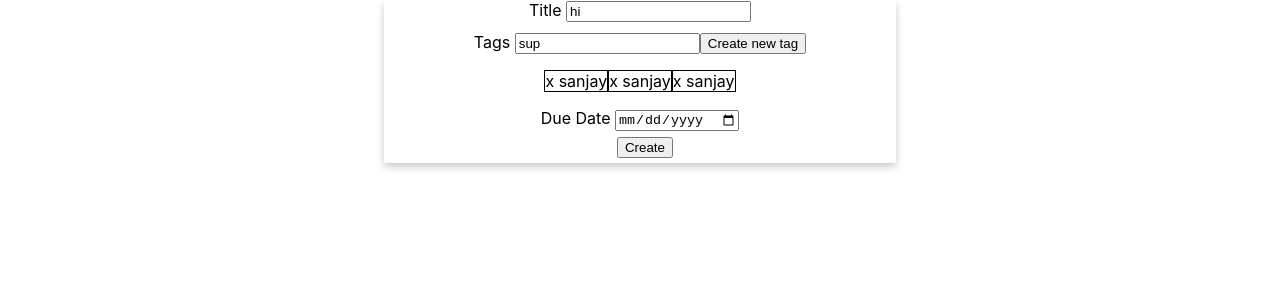
Repository: sanjayMamidipaka/reactappbits
Page: /
An editor plug-in stored every save of this project. The page is shown before and after a run of saves, followed by the edit.
The browser window is 1280 px wide. The pictures show the whole page.
The project was rebuilt for these pictures with package versions that can differ from the ones it lists, and the page was loaded fresh each time.

Above is the page before, as saved 2022-01-18 12:06:55.

### src/App.tsx
import logo from './logo.svg';
import './App.css';
import TodoList from './components/TodoList';

function App() {
  return (
    <div className="App">
      <TodoList/>
    </div>
  );
}

export default App;

### src/components/TodoList.tsx
import React, { EventHandler } from 'react'
import './TodoList.css'
import { useState } from 'react'
import Tag from './Tag'
/**
 * Thank you for applying to Bits of Good. You are free to add/delete/modify any
 * parts of this project. That includes changing the types.ts, creating css files,
 * modifying import statements, using contexts, etc. We do recommend to keep it simple.
 * You will not be judged based on complexity. We also recommend using
 * multiple components instead of coding everything on this file :)
 *
 * Have fun! Please reach out to hello@bitsofgood.org or wkim330@gatech.edu if you
 * have any questions!
 *
 * Bits of Good Engineering Team
 *
 */
// TODO: Start coding from here

// Here's a baseline todo item type.
// Feel free to extend or create your own interface!
export type TodoItem = {
  title: string,
  dueDate: Date,
  tagList: string[],
  completed: boolean,
}

export default function TodoList() {
  const [name, setName] = useState('hi');
  const [email, setEmail] = useState('sup');

  const whenSubmitted = (e: any) => {
      e.preventDefault();
      // setDataNew((dataNew) => {
      //   return [...dataNew, { id: index, name, email }];
      // });
      // setNewIndex(index + 1);
      setName("");
      setEmail("");
    };

  const example: TodoItem = {
    title: 'Example todo',
    dueDate: new Date(),
    tagList: ['example', 'todo'],
    completed: false,
  }
  return (
  <div className="card">
    <label htmlFor="nameLabel">Title </label>
        <input
          type="text"
          value={name}
          onChange={(e) => setName(e.target.value)}
        />
        <div style={{padding: '5px'}}></div>

        <label htmlFor="nameLabel">Tags </label>
        <input
          type="text"
          value={email}
          onChange={(e) => setEmail(e.target.value)}
        />
        <button type="submit" onClick={whenSubmitted}>
          Create new tag
        </button>

        <div>
          <Tag name='sanjay'></Tag>
          <Tag name='sanjay'></Tag>
          <Tag name='sanjay'></Tag>
        </div>

        <label htmlFor="nameLabel">Due Date </label>
        <input
          type="date"
          value={email}
          onChange={(e) => setEmail(e.target.value)}
        />

        <div style={{padding: '5px', width: '100%'}} className = 'submitButton'>
          <button type='submit'>Create</button>
        </div>

</div>
  )
}

### src/components/TodoList.css
.card {
  /* Add shadows to create the "card" effect */
  box-shadow: 0 4px 8px 0 rgba(0,0,0,0.2);
  transition: 0.3s;
  width: 40%;
  margin: 0 auto;
}

/* On mouse-over, add a deeper shadow */
.card:hover {
  box-shadow: 0 8px 16px 0 rgba(0,0,0,0.2);
}

/* Add some padding inside the card container */
.container {
  padding: 2px 16px;
}

### src/components/Tag.tsx
import React from 'react'
import './Tag.css'

function Tag({name}: {name: string}) {
    return (
        <p className='Tag'>
            x {name}
        </p>
    )
}

export default Tag

### src/components/Tag.css
.Tag {
    border: 'blue';
    border-style: solid;
    border-width: 1px;
    display: inline-block;
}

Loaded but not shown: public/index.html (common file); src/index.tsx (common file); src/index.css (common file); src/reportWebVitals.js (common file); src/App.css (common file)

After the next 4 saves:
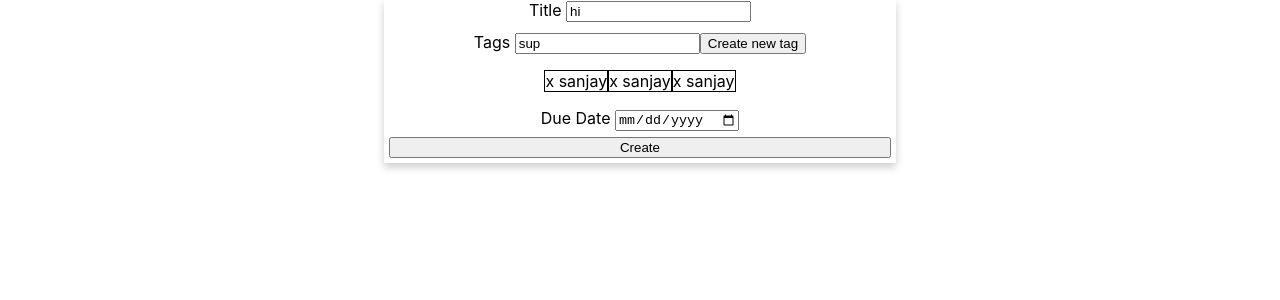
The 4 saves are shown as one change because they came seconds apart.
The last was saved 18 s later.
--- a/src/components/TodoList.tsx
+++ b/src/components/TodoList.tsx
@@ -79,8 +79,8 @@ export default function TodoList() {
           onChange={(e) => setEmail(e.target.value)}
         />
 
-        <div style={{padding: '5px', width: '100%'}} className = 'submitButton'>
-          <button type='submit'>Create</button>
+        <div style={{padding: '5px'}} className = 'submitButton'>
+          <button style ={{width: '100%'}} type='submit'>Create</button>
         </div>
 
 </div>
